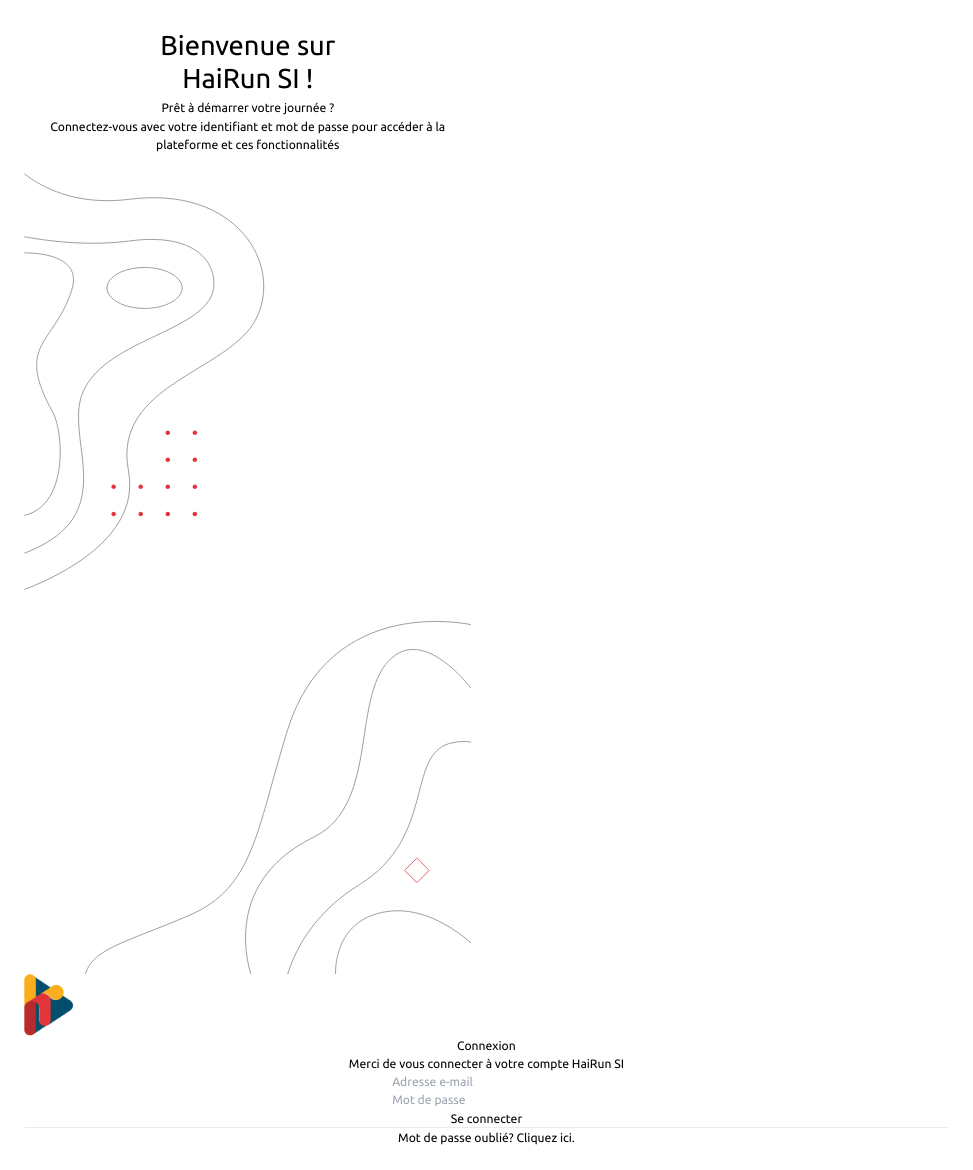
Repository: houlderHR/hairunsi-react-js-app
Page: /login
An editor plug-in stored every save of this project. The page is shown before and after the next save, followed by the edit.
The browser window is 1280 px wide. The pictures show the whole page, at 76% of full size.
The project was rebuilt for these pictures with package versions that can differ from the ones it lists, and the page was loaded fresh each time. Also part of the build but not shown: vite.config.ts, src/pages/Home/Home.scss, src/pages/Home/Home.tsx.

Above is the page before, as saved 2024-03-20 13:31:34.

### index.html
<!doctype html>
<html lang="en">
  <head>
    <meta charset="UTF-8" />
    <link rel="icon" type="image/svg+xml" href="/vite.svg" />
    <link rel="stylesheet" href="https://fonts.googleapis.com/css2?family=Ubuntu:wght@300;400;500;700&display=swap">
    <meta name="viewport" content="width=device-width, initial-scale=1.0" />
    <title>HairunSI</title>
  </head>
  <body>
    <div id="root"></div>
    <script type="module" src="/src/main.tsx"></script>
  </body>
</html>

### src/App.tsx
import { BrowserRouter, Routes, Route } from 'react-router-dom';
import './App.scss';
import  Home from './pages/Home/Home';
import Login from './pages/Login/Login';

function App() {
  return (
     <BrowserRouter>
        <Routes>
          <Route path="/" element={<Home />} />
          <Route path="/login" element={<Login />} />
        </Routes>
      </BrowserRouter>
  )
}

export default App

### src/index.scss
@import 'tailwindcss/base';
@import 'tailwindcss/components';
@import 'tailwindcss/utilities';

* {
  font-family: 'ubuntu', sans-serif;
}

### src/pages/Login/Login.tsx
import React from 'react';
import bgLogin from '../../assets/images/bg-login.svg';
import logo from '../../assets/images/logo1.png';
import './Login.scss';

const Login = () => {
  return (
    <div className='flex h-screen'>
      <div className='relative h-screen left_grid bg-red-300'>
        <div className="absolute z-20 text-white px-24 description_welcome">
          <h2 className='welcome_login p-0 m-0'>Bienvenue sur</h2>
          <span className='welcome_login font-bold'>HaiRun SI !</span>
          <p className='mt-2 desc_login'>Prêt à démarrer votre journée ?<br /> Connectez-vous avec votre identifiant et mot de passe pour accéder à la plateforme et ces fonctionnalités</p>
        </div>
        <img src={bgLogin} alt="" className="bg-primary absolute z-10 object-fill inset-0 h-full w-full" />
      </div>
      <div className='w-full h-full flex justify-center'>
        <div className='w-1/3 text-center flex flex-col justify-center flex-items-center bg-blue-300'>
          <div className='flex justify-center'>
            <img src={logo} alt="" />
          </div>
          <h2 className='mt-20'>Connexion</h2>
          <h3>Merci de vous connecter à votre compte HaiRun SI</h3>
          <div>
            <input type="text" className='border px-2 py-1' name="" placeholder="Adresse e-mail" id="" /><br />
            <input type="text" name="" placeholder="Mot de passe" id="" />
          </div>

          <button>Se connecter</button>
          <hr />
          <span>Mot de passe oublié? Cliquez ici.</span>
        </div>
      </div>
    </div>
  )
}

export default Login;

### src/pages/Login/Login.scss
.welcome_login {
  font-size: 36px;
  margin-bottom: -10px !important;
}

.desc_login {
  font-size: 16px;
}

.left_grid {
  width: 588px;
}

.description_welcome {
  bottom: 200px;
}

Loaded but not shown: src/main.tsx (common file); src/App.scss (common file); tailwind.config.js (common file)

After the next save:
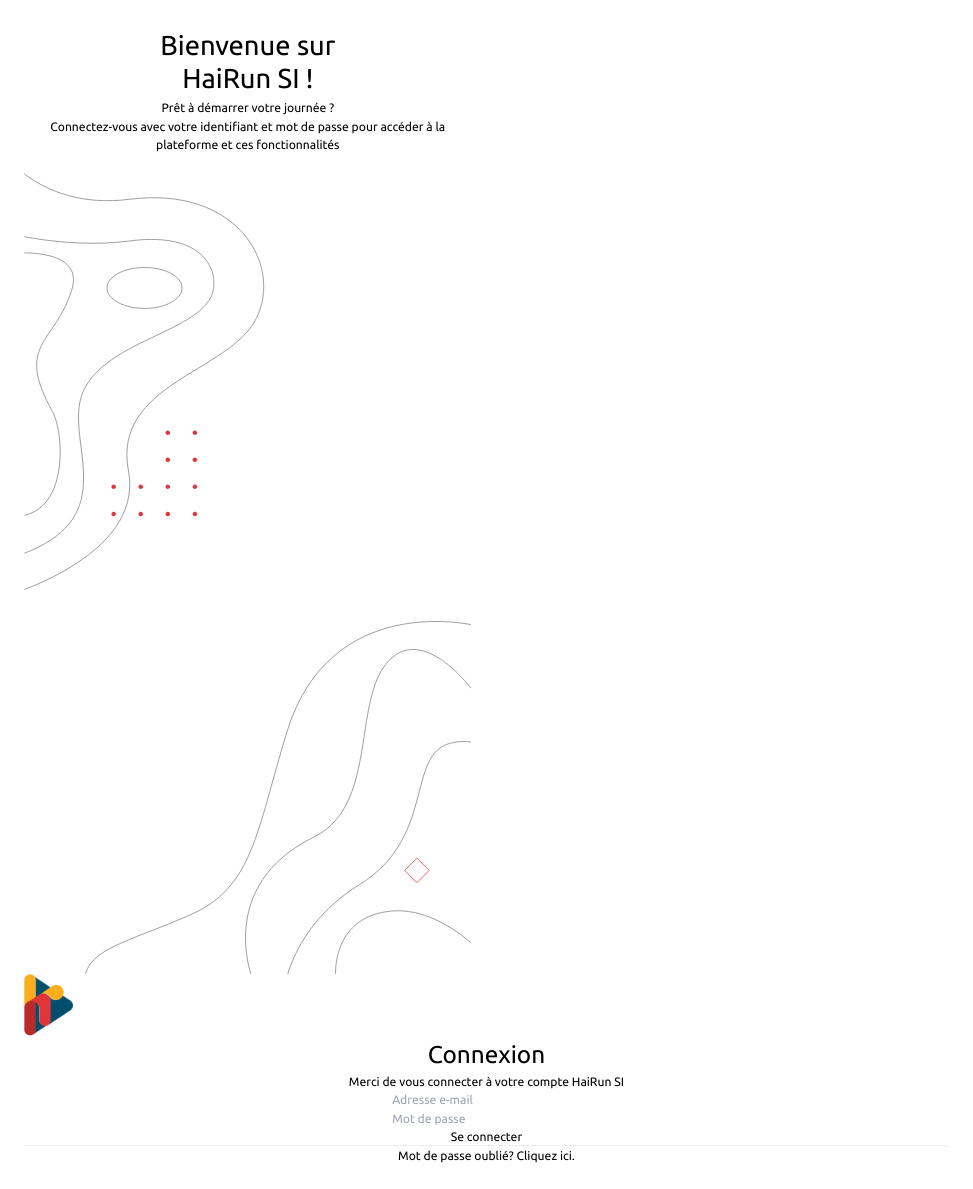
Saved 3 min 34 s later.
--- a/src/pages/Login/Login.tsx
+++ b/src/pages/Login/Login.tsx
@@ -19,7 +19,7 @@
           <div className='flex justify-center'>
             <img src={logo} alt="" />
           </div>
-          <h2 className='mt-20'>Connexion</h2>
+          <h2 className='mt-20' style={{fontSize:"32px"}}>Connexion</h2>
           <h3>Merci de vous connecter à votre compte HaiRun SI</h3>
           <div>
             <input type="text" className='border px-2 py-1' name="" placeholder="Adresse e-mail" id="" /><br />
